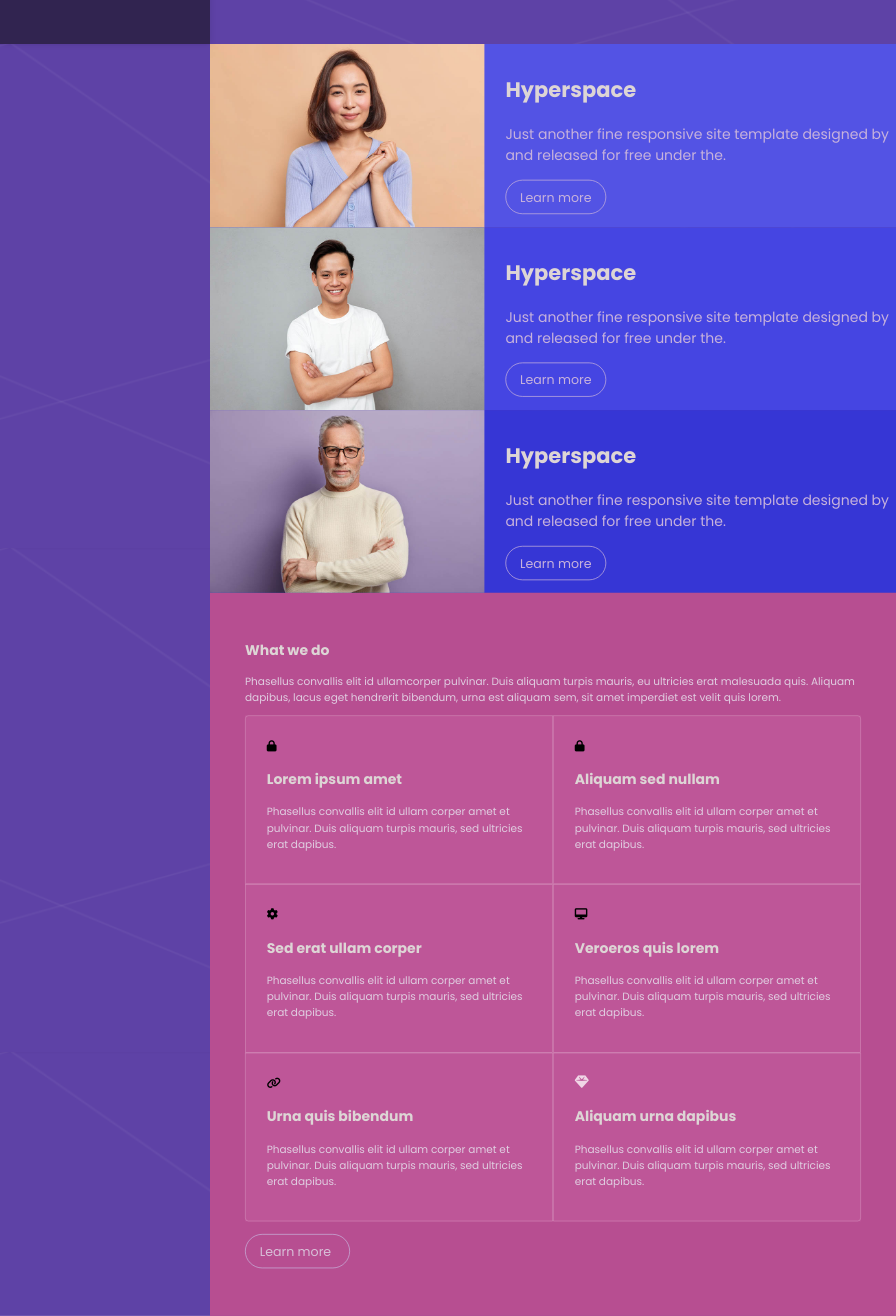
Repository: zai31/KIMIT_Tasks
Page: JsSession8/index.html
The author's editor kept a copy of each file at every save. The page is drawn from the files as they stood at one save, then again after the next save.
The browser window is 1280 px wide. The pictures show the part of the page from y = 657 to 2577 px (the page is 2537 px tall before and 2577 px after), at 70% of full size.
Backgrounds fixed to the window are drawn as part of the page.

Above is the page before, as saved 2025-09-15 21:21:31.

After the next save:
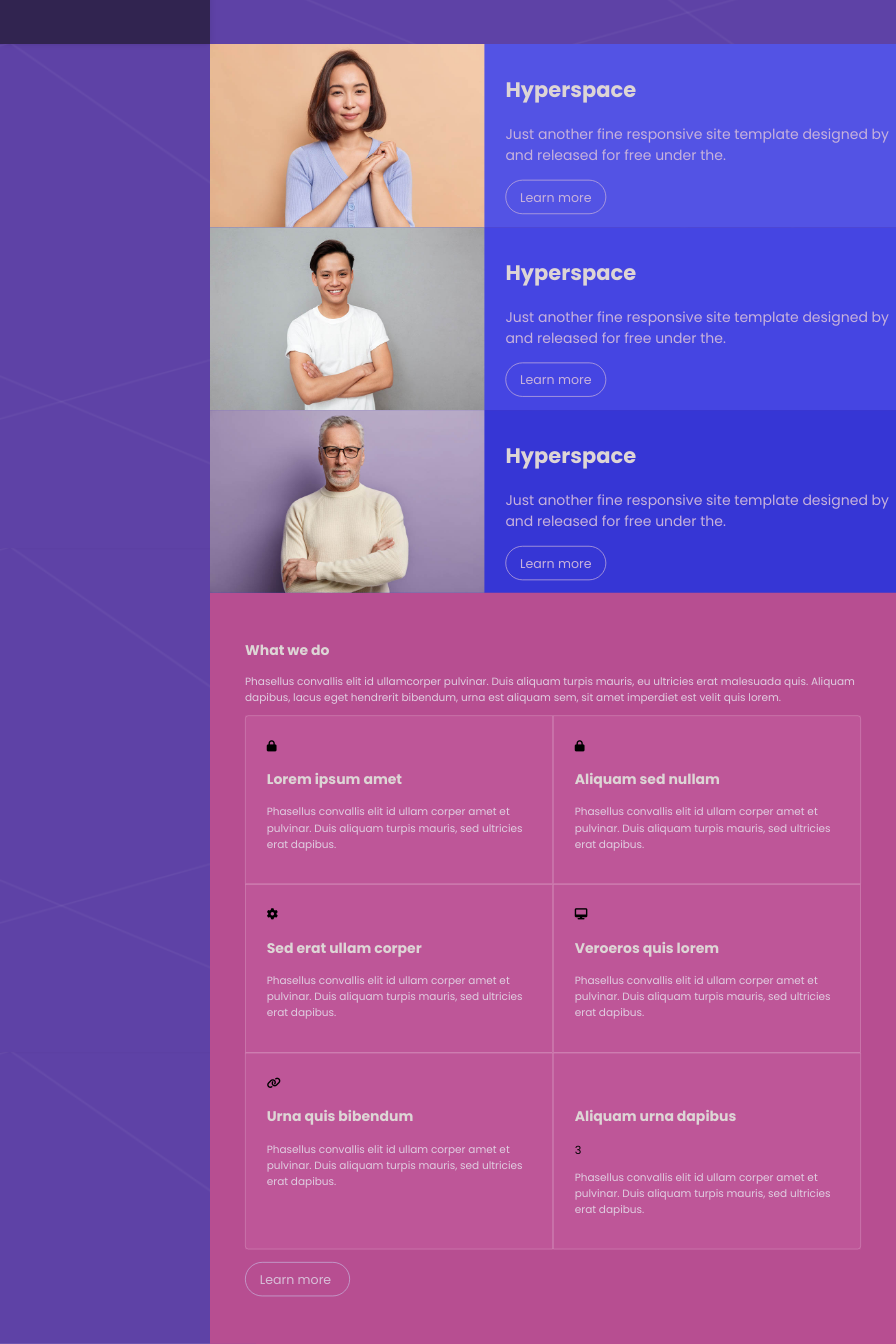
Saved 5 s later.
--- a/JsSession8/index.html
+++ b/JsSession8/index.html
@@ -83,8 +83,8 @@
 									<p>Phasellus convallis elit id ullam corper amet et pulvinar. Duis aliquam turpis mauris, sed ultricies erat dapibus.</p>
 								</section>
 								<section style="border-radius:0 0px 5px 0 ;">
-									<span class="fa-solid fa-gem" style="color: rgba(255, 255, 255, 0.759); font-size: 20px;" ></span>
-									<h3>Aliquam urna dapibus</h3>
+									<span class="fa-solid fa-gem" style="color: rgba(255, 255, 255, 0.759); font-size: 0px;" ></span>
+									<h3>Aliquam urna dapibus</h3>3
 									<p>Phasellus convallis elit id ullam corper amet et pulvinar. Duis aliquam turpis mauris, sed ultricies erat dapibus.</p>
 								</section>
 							</div>
